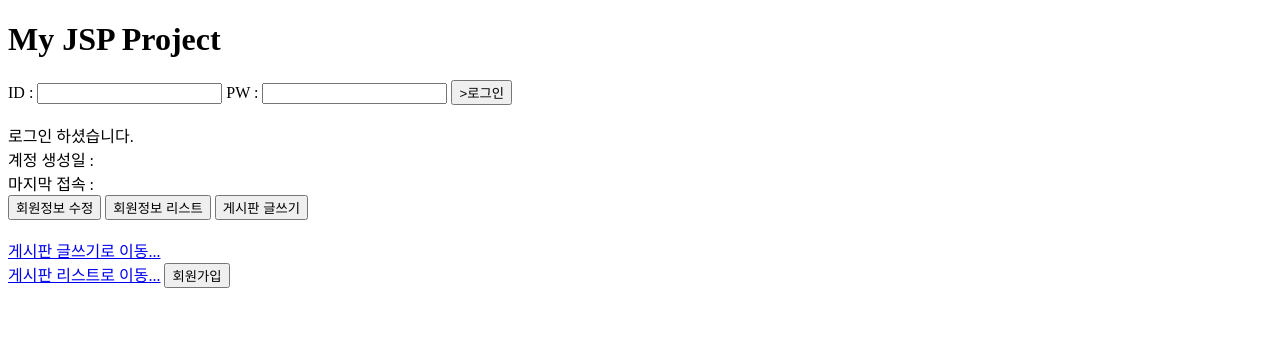
Repository: Leesunghoon1/paging
Page: http://localhost/jsp_project/index.jsp
These files come from the project's save history. The page is drawn as it stood at one moment and after the next save; the edit follows.
The browser window is 1280 px wide. The pictures show the whole page.
The page is served by Tomcat 9. Other server files are loaded and not shown. The template is opened directly, without the code that normally fills it, so the values that code supplies are empty.

Above is the page before, as saved 2023-09-13 09:08:35.

### jsp_project/src/main/webapp/index.jsp
<%@ page language="java" contentType="text/html; charset=UTF-8"
    pageEncoding="UTF-8"%>
<!DOCTYPE html>
<html>
<head>
<meta charset="UTF-8">
<title>Insert title here</title>
</head>
<body>
<h1>My JSP Project</h1>

		<form action="/mem/login" method="post">
		ID : <input type="text" name="id">
		PW : <input type="text" name="pw">
		<button type="submit">>로그인</button>
		</form>
		<br>
		<div>
		<c:if test="${ses.id ne null }"> <!-- 널이 아니면 ne 맞으면 eq -->
		${ses.id } 로그인 하셨습니다.<br>
		계정 생성일 : ${ses.regdate }<br>
		마지막 접속 : ${ses.lastlogin }<br>
					<a href="/mem/modify"><button>회원정보 수정</button></a>
					<a href="/mem/list"><button>회원정보 리스트</button></a>
					<a href="/board/register.jsp"><button>게시판 글쓰기</button></a>
		</c:if>
		</div>
		<br>
		<a href="/brd/register">게시판 글쓰기로 이동...</a>
		<br>
		<a href="/brd/list">게시판 리스트로 이동...</a>
	<a href="/mem/join"><button>회원가입</button></a>
	<br>

<!-- 이해불가 -->
	<script type="text/javascript">
		const msg_login = `<c:out value="${msg_login}" />`;
		console.log(msg_login);
		if (msg_login === '0') {
			alert("로그인 정보가 일치하지 않습니다.");
		}
	</script>



</body>
</html>

After the next save:
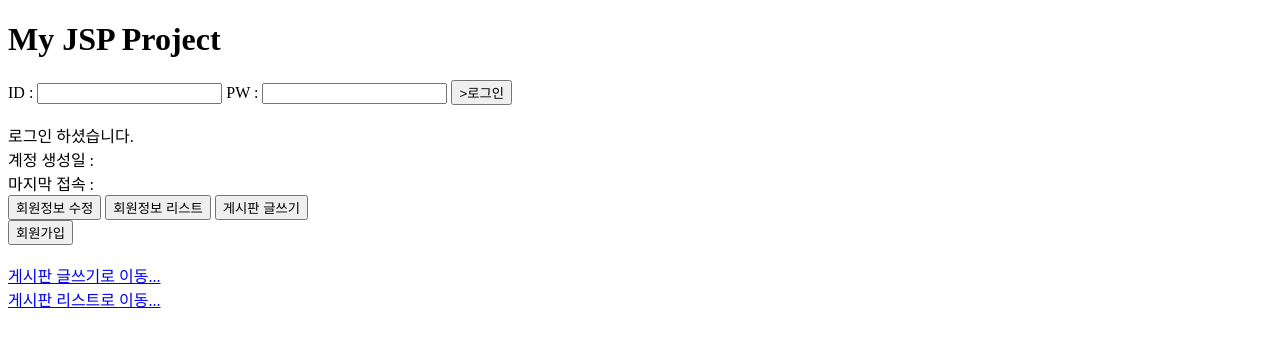
Saved 7 s later.
--- a/jsp_project/src/main/webapp/index.jsp
+++ b/jsp_project/src/main/webapp/index.jsp
@@ -25,12 +25,13 @@
 					<a href="/board/register.jsp"><button>게시판 글쓰기</button></a>
 		</c:if>
 		</div>
+			<a href="/mem/join"><button>회원가입</button></a>
+	<br>
 		<br>
 		<a href="/brd/register">게시판 글쓰기로 이동...</a>
 		<br>
 		<a href="/brd/list">게시판 리스트로 이동...</a>
-	<a href="/mem/join"><button>회원가입</button></a>
-	<br>
+
 
 <!-- 이해불가 -->
 	<script type="text/javascript">
